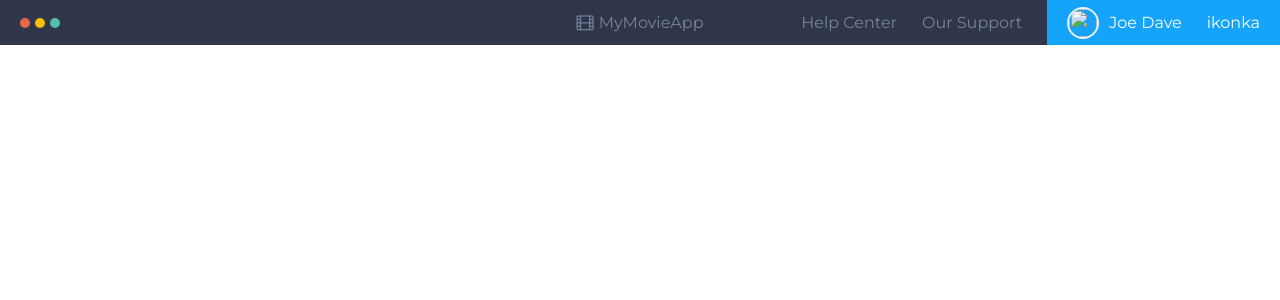
Repository: zyng/movie
Page: /
The author's editor kept a copy of each file at every save. The page is drawn from the files as they stood at one save, then again after the next save.
The browser window is 1280 px wide. The pictures show the whole page.
Some web libraries are served in a nearby version. The project was rebuilt for these pictures with package versions that can differ from the ones it lists, and the page was loaded fresh each time.

Above is the page before, as saved 2019-01-14 20:23:53.

### public/index.html
<!DOCTYPE html>
<html lang="en">

<head>
  <meta charset="UTF-8">
  <meta name="viewport" content="width=device-width, initial-scale=1.0">
  <meta http-equiv="X-UA-Compatible" content="ie=edge">
  <title>Document</title>
  <!-- <link rel="stylesheet" href="https://maxcdn.bootstrapcdn.com/bootstrap/4.0.0/css/bootstrap.min.css" integrity="sha384-Gn5384xqQ1aoWXA+058RXPxPg6fy4IWvTNh0E263XmFcJlSAwiGgFAW/dAiS6JXm"
    crossorigin="anonymous"> -->

  <link href="https://fonts.googleapis.com/css?family=Montserrat:400,700&amp;subset=latin-ext" rel="stylesheet">

</head>

<body>
  <div id="root"></div>





  <script src="https://code.jquery.com/jquery-3.2.1.slim.min.js" integrity="sha384-KJ3o2DKtIkvYIK3UENzmM7KCkRr/rE9/Qpg6aAZGJwFDMVNA/GpGFF93hXpG5KkN"
    crossorigin="anonymous"></script>
  <script src="https://cdnjs.cloudflare.com/ajax/libs/popper.js/1.12.9/umd/popper.min.js" integrity="sha384-ApNbgh9B+Y1QKtv3Rn7W3mgPxhU9K/ScQsAP7hUibX39j7fakFPskvXusvfa0b4Q"
    crossorigin="anonymous"></script>
  <script src="https://maxcdn.bootstrapcdn.com/bootstrap/4.0.0/js/bootstrap.min.js" integrity="sha384-JZR6Spejh4U02d8jOt6vLEHfe/JQGiRRSQQxSfFWpi1MquVdAyjUar5+76PVCmYl"
    crossorigin="anonymous"></script>
</body>

</html>

### src/index.js
import React from 'react';
import ReactDOM from 'react-dom';
import App from './components/App';
import 'bootstrap/dist/css/bootstrap.min.css';
import './css/style.css';
import 'font-awesome/css/font-awesome.min.css';
import * as serviceWorker from './serviceWorker';

ReactDOM.render(<App />, document.getElementById('root'));

serviceWorker.unregister();

### src/components/App.js
import React, { Component } from 'react';

import Header from './Header/Header';


class App extends Component {
  render() {
    return (
      <Header />
    );
  }
}

export default App;

### src/css/style.css
/* http://meyerweb.com/eric/tools/css/reset/
   v2.0 | 20110126
   License: none (public domain)
*/
html, body, div, span, applet, object, iframe, h1, h2, h3, h4, h5, h6, p, blockquote, pre, a, abbr, acronym, address, big, cite, code, del, dfn, em, img, ins, kbd, q, s, samp, small, strike, strong, sub, sup, tt, var, b, u, i, center, dl, dt, dd, ol, ul, li, fieldset, form, label, legend, table, caption, tbody, tfoot, thead, tr, th, td, article, aside, canvas, details, embed, figure, figcaption, footer, header, hgroup, menu, nav, output, ruby, section, summary, time, mark, audio, video { margin: 0; padding: 0; border: 0; font-size: 100%; font: inherit; vertical-align: baseline; }

/* HTML5 display-role reset for older browsers */
article, aside, details, figcaption, figure, footer, header, hgroup, menu, nav, section { display: block; }

body { line-height: 1; }

ol, ul { list-style: none; }

blockquote, q { quotes: none; }

blockquote:before, blockquote:after { content: ''; content: none; }

q:before, q:after { content: ''; content: none; }

table { border-collapse: collapse; border-spacing: 0; }

.header { display: -webkit-box; display: -ms-flexbox; display: flex; height: 45px; background-color: #2f364a; -webkit-box-align: center; -ms-flex-align: center; align-items: center; }

.header__logo { position: absolute; left: 20px; display: -webkit-box; display: -ms-flexbox; display: flex; }

.header__logo div { width: 10px; height: 10px; border-radius: 5px; }

.header__logo div:not(:last-child) { margin-right: 5px; }

.header__logo .header__logo--red { background-color: #e76847; }

.header__logo .header__logo--yellow { background-color: #fabf00; }

.header__logo .header__logo--green { background-color: #52bea6; }

.header__title { position: absolute; left: 50%; -webkit-transform: translateX(-50%); -ms-transform: translateX(-50%); transform: translateX(-50%); }

.header__title i { margin-right: 5px; }

.header__title i:before { font-size: 16px; }

@media screen and (max-width: 1279px) { .header__title { position: static; margin-left: 140px; } }

.header__nav { position: absolute; right: 0; display: -webkit-box; display: -ms-flexbox; display: flex; -webkit-box-align: center; -ms-flex-align: center; align-items: center; }

.header__nav a { text-decoration: none; }

.header__nav > a { color: #78829d; position: relative; }

.header__nav > a:hover::after { content: ''; position: absolute; top: 50%; -webkit-transform: translateY(-50%); -ms-transform: translateY(-50%); transform: translateY(-50%); right: -15px; width: 8px; height: 8px; border-radius: 50%; background-color: rgba(25, 32, 46, 0.7); }

.header__nav .profile { padding: 0 20px; background-color: #15a4fa; height: 45px; display: -webkit-box; display: -ms-flexbox; display: flex; -webkit-box-align: center; -ms-flex-align: center; align-items: center; }

.header__nav .profile a { display: -webkit-box; display: -ms-flexbox; display: flex; -webkit-box-align: center; -ms-flex-align: center; align-items: center; }

.header__nav .profile__logo { width: 32px; height: 32px; border-radius: 16px; border: 2px solid #eef1f7; margin-right: 10px; }

.header__nav .profile__logo img { -o-object-fit: cover; object-fit: cover; width: 100%; height: 100%; border-radius: 50%; }

.header__nav .profile__name { color: #fff; }

.header__nav .profile i { margin-left: 25px; color: #fff; }

.header__nav > a { margin-right: 25px; }

body { color: #78829d; font-family: "Montserrat", sans-serif; font-size: 16px; }

### src/components/Header/Header.js
import React, { Component } from 'react';

class Header extends Component {




    render() {
        return (
            <header class='header'>
                <div className="header__logo">
                    <div className="header__logo--red"></div>
                    <div className="header__logo--yellow"></div>
                    <div className="header__logo--green"></div>
                </div>
                <div className="header__title">
                    <i className="fa fa-film"></i>
                    <span>MyMovieApp</span>
                </div>
                <nav className="header__nav">
                    <a href="/">Help Center</a>
                    <a href="/">Our Support</a>
                    <div className="profile">
                        <a href="/">
                            <div className="profile__logo"><img src="" alt="" /></div>
                            <div className="profile__name">Joe Dave</div>
                            <i>ikonka</i>
                        </a>
                    </div>
                </nav>

            </header>
        );
    }
}

export default Header;

Loaded but not shown: src/serviceWorker.js (common file)

After the next save:
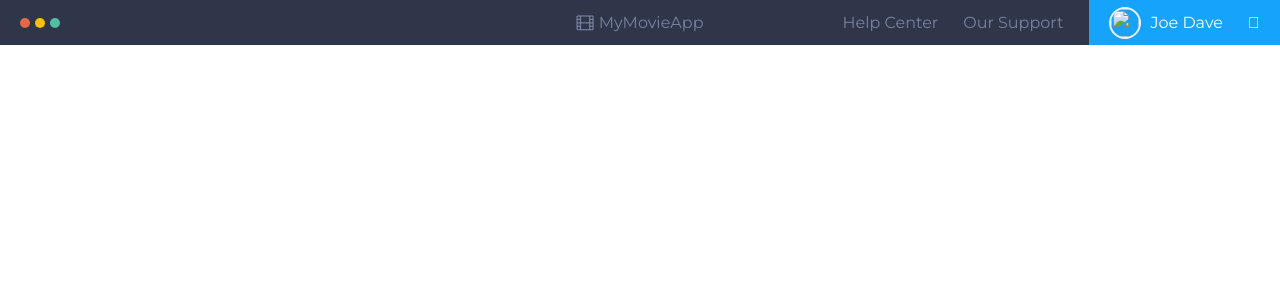
Saved 36 s later.
--- a/src/components/Header/Header.js
+++ b/src/components/Header/Header.js
@@ -24,7 +24,7 @@
                         <a href="/">
                             <div className="profile__logo"><img src="" alt="" /></div>
                             <div className="profile__name">Joe Dave</div>
-                            <i>ikonka</i>
+                            <i class="fas fa-chevron-circle-down"></i>
                         </a>
                     </div>
                 </nav>
